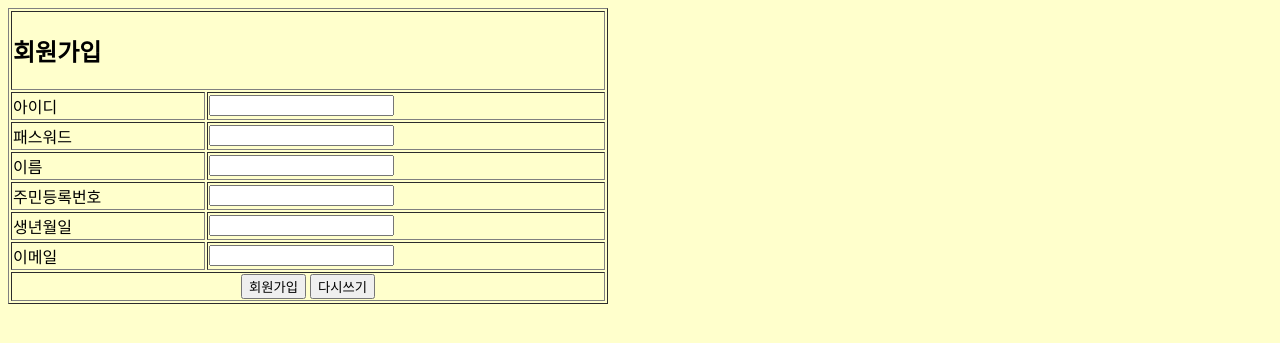
Repository: Chaelin02/2-_JSP
Page: http://localhost/BasicJSP/jdbc07/member_2312.jsp
An editor plug-in stored every save of this project. The page is shown before and after the next save, followed by the edit.
The browser window is 1280 px wide. The pictures show the whole page.
The page is served by Tomcat 9. Other server files are loaded and not shown.

Above is the page before, as saved 2019-06-24 02:01:16.

### BasicJSP/WebContent/jdbc07/member_2312.jsp
<%@ page language="java" contentType="text/html; charset=UTF-8"
    pageEncoding="UTF-8"%>
<!DOCTYPE html>
<html>
<head>
<meta charset="UTF-8">
<title>Insert title here</title>
</head>
<body bgcolor="#ffffcc">
<table border='1' width=600>
	<td colspan=2>
		<h2>회원가입</h2>
	</td>
	<tr>
		<td>아이디</td>
		<td><input type="text"  name="id" width="20%"></td>

	</tr>
	<tr>
		<td>패스워드 </td>
		<td><input type="password" name="password"></td>

	</tr>
	<tr>
		<td>이름</td>
		<td> <input type="text" name="name"></td>

	</tr>
	<tr>
		<td>주민등록번호</td>
		<td><input type="text" name="num1"></td>

	</tr>
	<tr>
		<td>생년월일</td>
		<td><input type="text" name="birthday"></td>

	</tr>
	<tr>
		<td>이메일 </td>
		<td><input type="text" name="email"></td>

	</tr>
<tr width=300>
	<td colspan=3>
	<center>
		<input type = "submit" value="회원가입">
		<input type = "reset" value="다시쓰기">
	</center>
	</td>

</table>

</body>
</html>

After the next save:
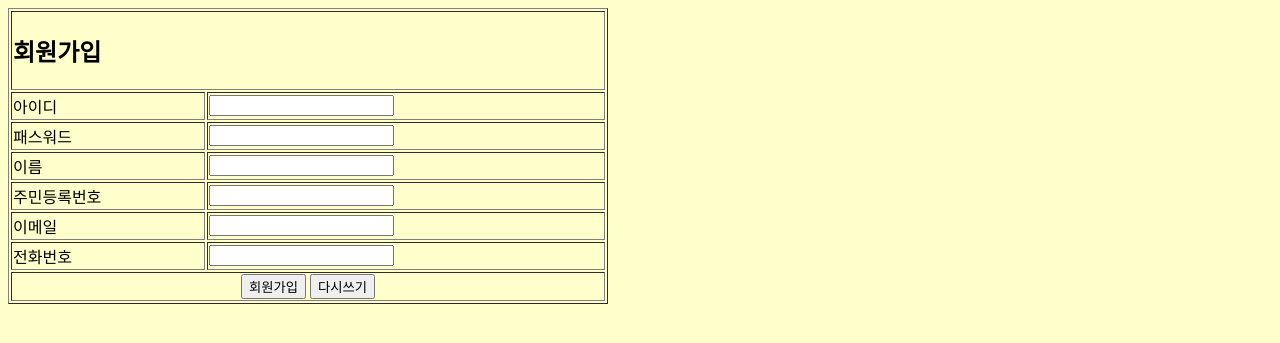
Saved 41 s later.
--- a/BasicJSP/WebContent/jdbc07/member_2312.jsp
+++ b/BasicJSP/WebContent/jdbc07/member_2312.jsp
@@ -32,13 +32,13 @@
 
 	</tr>
 	<tr>
-		<td>생년월일</td>
-		<td><input type="text" name="birthday"></td>
+		<td>이메일 </td>
+		<td><input type="text" name="email"></td>
 
 	</tr>
 	<tr>
-		<td>이메일 </td>
-		<td><input type="text" name="email"></td>
+		<td>전화번호</td>
+		<td><input type="text" name="birthday"></td>
 
 	</tr>
 <tr width=300>
